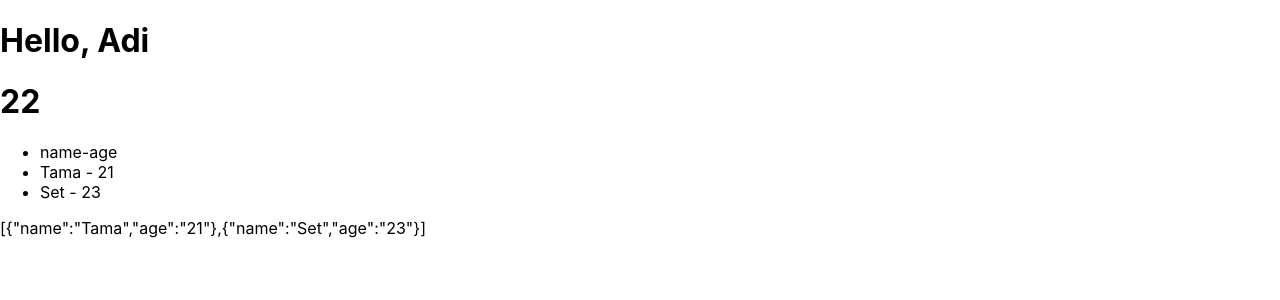
Repository: idaitesamatarp/ifabula
Page: / (app in latihan/)
An editor plug-in stored every save of this project. The page is shown before and after a run of saves, followed by the edit.
The browser window is 1280 px wide. The pictures show the whole page.
The project was rebuilt for these pictures with package versions that can differ from the ones it lists, and the page was loaded fresh each time. Also part of the build but not shown: latihan/src/App.css, latihan/src/component/UserList.jsx.

Above is the page before, as saved 2022-05-30 15:13:10.

After the next 4 saves:
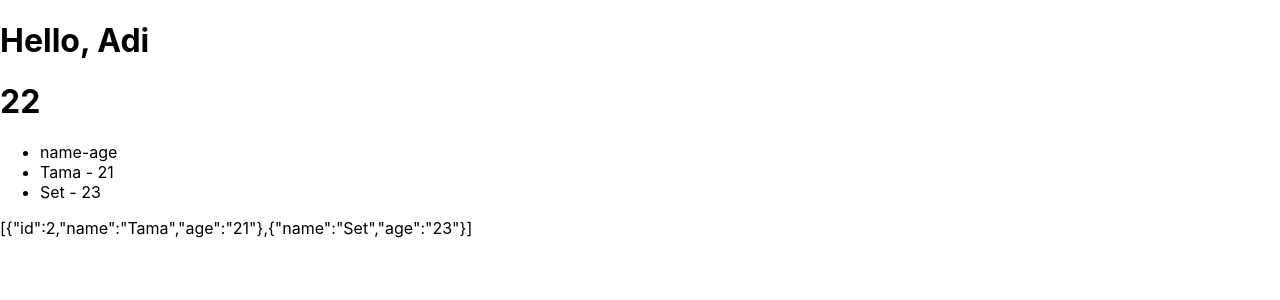
The 4 saves are shown as one change because 1 did not build or start and some came seconds apart.
The last was saved 15 s later.
--- a/latihan/src/App.js
+++ b/latihan/src/App.js
@@ -7,10 +7,12 @@
   constructor() {
     super();
     this.state = {
+      id: 1,
       name: "Adi",
       age: "22",
       users: [
         {
+          id: 2,
           name: "Tama",
           age: "21",
         },
